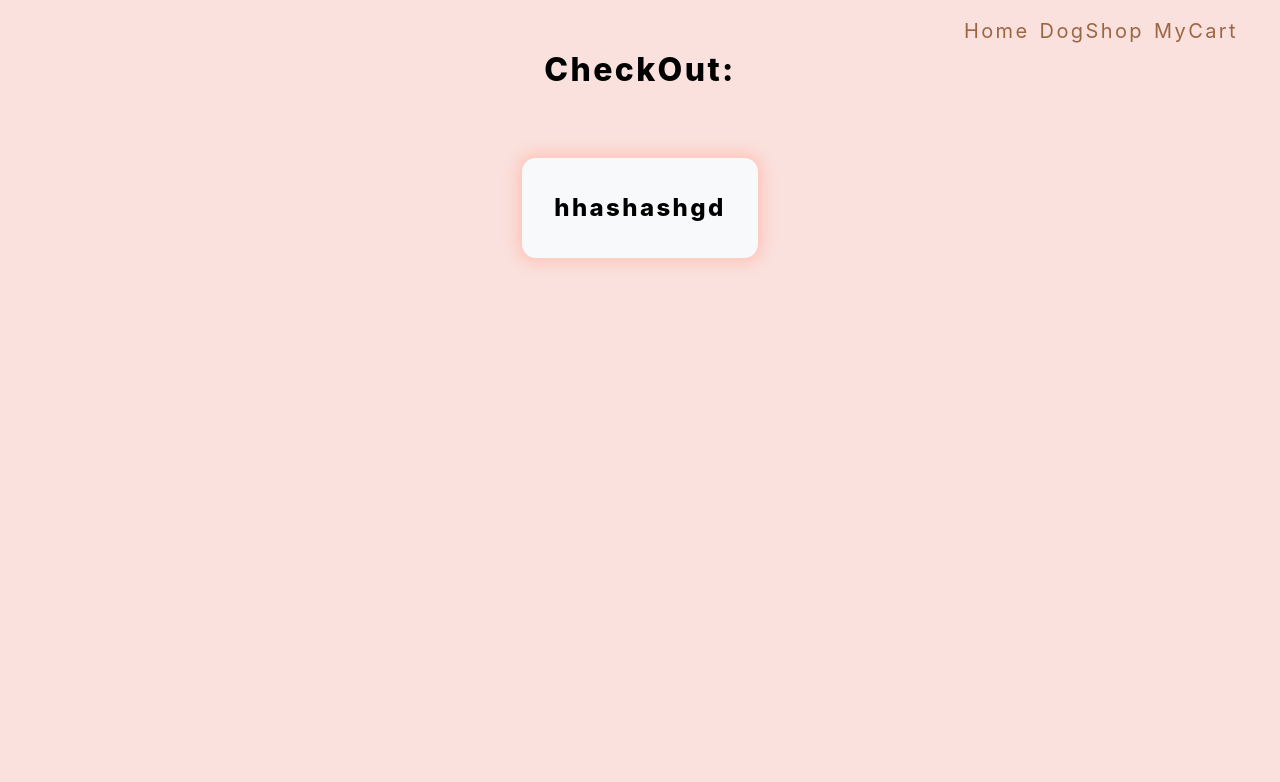
Repository: hoangbayern/dog_shop
Page: /cart (app in frontend/)
These files come from the project's save history. The page is drawn as it stood at one moment and after the next save; the edit follows.
The browser window is 1280 px wide. The pictures show the whole page.
The page's requests for data from a server got no answer. The project was rebuilt for these pictures with package versions that can differ from the ones it lists, and the page was loaded fresh each time. No one was signed in, and anything a server would have sent is missing. Also part of the build but not shown: frontend/src/components/Home/Home.jsx, frontend/src/components/Dogs/dogs.css, frontend/src/components/Dogs/DogsCart.jsx, frontend/src/components/Dogs/DogPage.jsx.

Above is the page before, as saved 2023-08-04 00:21:06.

### frontend/src/App.js
import "./App.css";
import { BrowserRouter, Routes, Route } from "react-router-dom";
import { Home } from "./components/Home/Home";
import { DogPage } from "./components/Dogs/DogPage";
import { MyCart } from "./components/Cart/MyCart";
import { Navbar } from "./components/Navbar/Navbar";
import { useEffect, useState } from "react";
import axios from "axios";
import { CartContext } from "./components/Contexts/CartContext";

function App() {
  const [allDogs, setAllDogs] = useState([]);
  const [myCart, addCart] = useState([]);

  useEffect(() => {
    async function getUser() {
      try {
        const response = await axios.get("http://localhost:8080/v1/dogs");
        console.log(response);
        setAllDogs(response.data);
      } catch (error) {
        console.error(error);
      }
    }
    getUser();
  }, []);
  return (
    <>
      <CartContext.Provider value={{myCart, addCart}}>
        <BrowserRouter>
          <Navbar />
          <div className="page-container">
            <Routes>
              <Route>
                <Route path="/" element={<Home />} />
                <Route path="/dogs" element={<DogPage allDogs={allDogs} />} />
                <Route path="/cart" element={<MyCart />} />
              </Route>
            </Routes>
          </div>
        </BrowserRouter>
      </CartContext.Provider>
    </>
  );
}

export default App;

### frontend/src/App.css
*,
*::before,
*::after {

  box-sizing: border-box;
  padding:0;
  margin: 0;
}

body {
  background-color: #fae1dd;
  min-height: 100vh;
  scroll-behavior: smooth;
  text-rendering: optimizeSpeed;
  line-height: 1.5;
  padding:1rem 2rem 1rem 2rem;
  font-size:1.25rem;
  letter-spacing: 0.15rem;
  font-family: 'Inter', sans-serif;
}

.page-container{
  display:flex;
  justify-content:center;
  height: 100vh;
}

### frontend/src/components/Cart/MyCart.jsx
import React, { useContext } from "react";
import { CartContext } from "../Contexts/CartContext";
import "./cart.css";

export const MyCart = () => {
  const { myCart } = useContext(CartContext);
  return (
    <>
      <section className="cart-container">
        <div className="cart-header">CheckOut:</div>
        <div className="cart-items">
          {myCart.map((item) => {
            return (
              <div className="cart-items">
                <img src={item.image} className="cart-item-img" alt="" />
                <span>{item.name}: {item.price}</span>
              </div>
            );
          })}
          <div className="cart-total">hhashashgd</div>
        </div>
      </section>
    </>
  );
};

### frontend/src/components/Navbar/Navbar.jsx
import React from 'react'
import { Link } from 'react-router-dom'
import "./narbar.css";

export const Navbar = () => {
  return (
    <>
        <div className='navbar'>
            <Link to='/'> Home </Link>
            <Link to='/dogs'> DogShop </Link>
            <Link to='/cart'> MyCart </Link>
        </div>
    </>
  )
}

### frontend/src/components/Contexts/CartContext.js
import { createContext } from "react";

export const CartContext = createContext([{}]);

### frontend/src/components/Cart/cart.css
.cart-container {
    display: flex;
    flex-direction: column;
    align-items: center;
  }
  .cart-items {
    text-align: center;
    margin-top: 4rem;
    background-color: #f8f9fa;
    box-shadow: 0px 0px 15px 5px #fec5bb;
    border-radius: 14px;
    font-size: 1.5rem;
    padding: 2rem;
  }
  .cart-item {
    display: flex;
    align-items: center;
    margin-bottom: 3rem;
  }
  .cart-header {
    font-size: 2rem;
    font-weight: 800;
  }
  .cart-item-img {
    border-radius: 50%;
    object-fit: cover;
    width: 70px;
    height: 70px;
    margin: 0rem 2rem 0 0;
  }

  .cart-total {
    font-weight: 800;
  }
  .cart-checkout {
    border: none;
    background-color: #fec5bb;
    border-radius: 14px;
    padding: 1rem;
    margin-top: 2rem;
    cursor: pointer;
    font-size: 1.5rem;
    transition:200ms ease-in-out;
  }
  .cart-checkout:hover, .cart-gohome:hover{
    background-color: #ff8fa3;
  }

  .cart-gohome {
    border: none;
    background-color: white;
    border-radius: 14px;
    padding: 1rem;
    margin-top: 2rem;
    cursor: pointer;
    font-size: 1rem;
    transition:200ms ease-in-out;
  }

### frontend/src/components/Navbar/narbar.css
.navbar {
    display: flex;
    justify-content: end;
    flex-direction: row;
}
.navbar > * {
    padding-right: 10px;
    text-decoration: none;
    color: #9c6644;
}
.navbar > *:hover {
    color: #e76f51;
}

Loaded but not shown: frontend/src/index.js (common file)

After the next save:
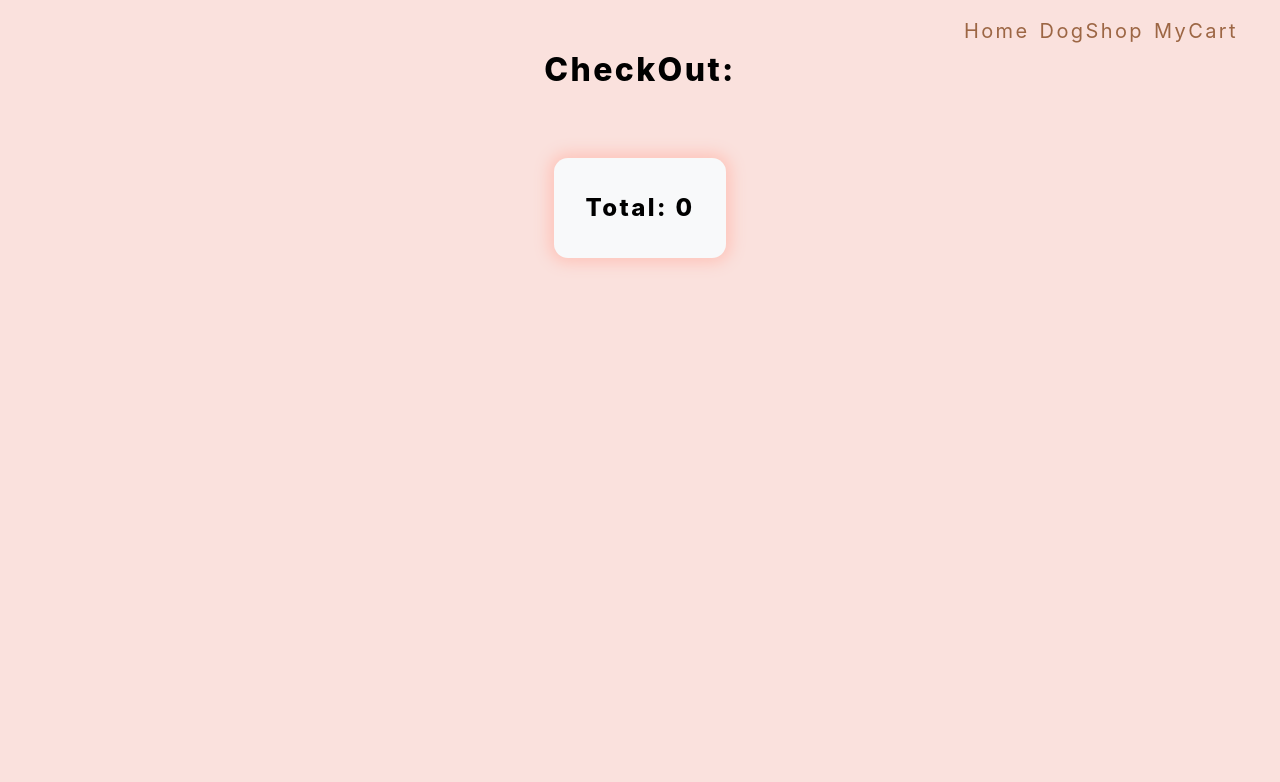
Saved 63 s later.
--- a/frontend/src/components/Cart/MyCart.jsx
+++ b/frontend/src/components/Cart/MyCart.jsx
@@ -17,7 +17,7 @@ export const MyCart = () => {
               </div>
             );
           })}
-          <div className="cart-total">hhashashgd</div>
+          <div className="cart-total"> Total: 0 </div>
         </div>
       </section>
     </>
